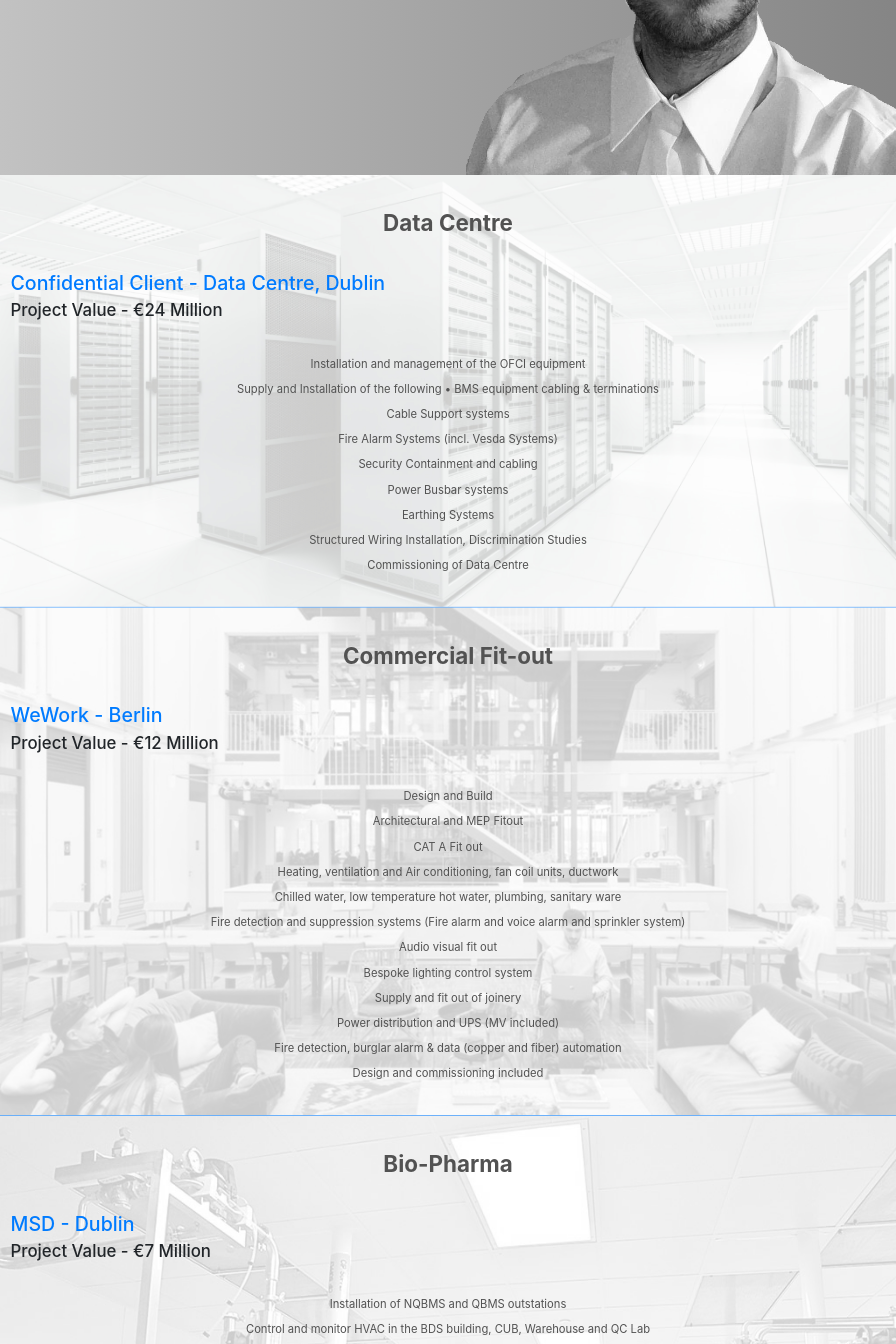
Repository: Code-Institute-Submissions/collyd21-milestone1
Page: projects.html
The author's editor kept a record of every edit. The page is drawn from the files as they stood at one moment, then again after the next edit.
The browser window is 1280 px wide. The pictures show the part of the page from y = 490 to 2410 px (the page is 2698 px tall before and 2748 px after), at 70% of full size.

Above is the page before.

### projects.html
<!DOCTYPE html>
<html lang="en">

<head>
    <meta charset="UTF-8">
    <meta name="viewport" content="width=device-width, initial-scale=1.0">
    <meta http-equiv="X-UA-Compatible" content="ie=edge">
    <script src="https://code.jquery.com/jquery-3.4.1.slim.min.js" integrity="sha384-J6qa4849blE2+poT4WnyKhv5vZF5SrPo0iEjwBvKU7imGFAV0wwj1yYfoRSJoZ+n" crossorigin="anonymous"></script>
    <script src="https://stackpath.bootstrapcdn.com/bootstrap/4.4.1/js/bootstrap.min.js" integrity="sha384-wfSDF2E50Y2D1uUdj0O3uMBJnjuUD4Ih7YwaYd1iqfktj0Uod8GCExl3Og8ifwB6" crossorigin="anonymous"></script>
    <link rel="stylesheet" href="https://stackpath.bootstrapcdn.com/bootstrap/4.4.1/css/bootstrap.min.css" integrity="sha384-Vkoo8x4CGsO3+Hhxv8T/Q5PaXtkKtu6ug5TOeNV6gBiFeWPGFN9MuhOf23Q9Ifjh" crossorigin="anonymous">
    <link rel="stylesheet" href="https://stackpath.bootstrapcdn.com/font-awesome/4.7.0/css/font-awesome.min.css" type="text/css" />
    <link href="https://fonts.googleapis.com/css?family=Roboto&display=swap" rel="stylesheet">
    <link rel="stylesheet" href="assets/css/style.css">
    <link rel="shortcut icon" href="favicon.ico" type="image/x-icon">
    <link rel="icon" href="favicon.ico" type="image/x-icon">
    <title>Colm Doyle - Personal Profile</title>
</head>

<body>

    <!--*******************************Navbar*******************************-->

    <nav class="navbar navbar-expand-md">
        <button class="navbar-toggler custom " data-toggle="collapse" data-target="#collapse_target">
                <span class="navbar-toggler-icon"></span>
            </button>
        <div class="justify-content-center collapse navbar-collapse" id="collapse_target">
            <ul class="navbar-nav">
                <li class="nav-item">
                    <a class="nav-link" href="index.html">About</a>
                </li>
                <li class="nav-item">
                    <a class="nav-link" href="resume.html">Resume</a>
                </li>
                <li class="nav-item">
                    <a class="nav-link" href="projects.html">Projects</a>
                </li>
                <li class="nav-item">
                    <a class="nav-link" href="contact.html">Contact</a>
                </li>
            </ul>
        </div>
    </nav>
    <!--*******************************Header*******************************-->

    <header class="jumbotron-fluid">
        <div class="container-fluid no-gutters d-none d-md-block" id="main-view-large">
            <div class="row">
                <div class="col-lg-8 col-md-8 col-sm-12 col-xs-12" id="about-large">
                    <h1 class="uppercase-jumbo">Projects</h1>
                    <br>
                    <h3>Feel free to browse below, some of the projects I have been involved in.</h3>
                </div>
            </div>
        </div>
    </header>

    <!--*******************************Projects*******************************-->

    <section class="container-fluid data-centre">
        <h2 class="top-margin">Data Centre</h2>
        <div class="row">
            <article class="col-lg-12 col-md-12 col-sm-12 col-xs-12 resume">
                <h3 class="h3-colour">Confidential Client - Data Centre, Dublin</h3>
                <h4>Project Value - €24 Million</h4>
                <div class="col-lg-12 col-md-12 col-sm-12 col-xs-12 projects">
                    <p>Installation and management of the OFCI equipment</p>
                    <p>Supply and Installation of the following • BMS equipment cabling & terminations</p>
                    <p>Cable Support systems</p>
                    <p>Fire Alarm Systems (incl. Vesda Systems)</p>
                    <p>Security Containment and cabling</p>
                    <p>Power Busbar systems</p>
                    <p>Earthing Systems</p>
                    <p>Structured Wiring Installation, Discrimination Studies</p>
                    <p class="bottom-margin">Commissioning of Data Centre</p>
                </div>
            </article>
        </div>
    </section>
    <hr class="line">
    <section class="container-fluid wework">
        <h2 class="top-margin">Commercial Fit-out</h2>
        <div class="row">
            <article class="col-lg-12 col-md-12 col-sm-12 col-xs-12 resume">
                <h3 class="h3-colour">WeWork - Berlin</h3>
                <h4>Project Value - €12 Million</h4>
                <div class="col-lg-12 col-md-12 col-sm-12 col-xs-12 projects">
                    <p>Design and Build</p>
                    <p>Architectural and MEP Fitout</p>
                    <p>CAT A Fit out</p>
                    <p>Heating, ventilation and Air conditioning, fan coil units, ductwork</p>
                    <p>Chilled water, low temperature hot water, plumbing, sanitary ware</p>
                    <p>Fire detection and suppression systems (Fire alarm and voice alarm and sprinkler system)</p>
                    <p>Audio visual fit out</p>
                    <p>Bespoke lighting control system</p>
                    <p>Supply and fit out of joinery</p>
                    <p>Power distribution and UPS (MV included)</p>
                    <p>Fire detection, burglar alarm & data (copper and fiber) automation</p>
                    <p class="bottom-margin">Design and commissioning included</p>
                </div>
            </article>
        </div>
    </section>
    <hr class="line">
    <section class="container-fluid pharma">
        <h2 class="top-margin">Bio-Pharma</h2>
        <div class="row">
            <article class="col-lg-12 col-md-12 col-sm-12 col-xs-12 resume">
                <h3 class="h3-colour">MSD - Dublin</h3>
                <h4>Project Value - €7 Million</h4>
                <div class="col-lg-12 col-md-12 col-sm-12 col-xs-12 projects">
                    <p>Installation of NQBMS and QBMS outstations</p>
                    <p>Control and monitor HVAC in the BDS building, CUB, Warehouse and QC Lab</p>
                    <p>Monitor and supervise PLC controlled non-GMP equipment in the utility areas such as chillers, boilers, plant steam and glycol systems</p>
                    <p>Monitor a site wastewater treatment plant control system, non-GMP and cold rooms</p>
                    <p>Interface with other systems such as the Electrical Automation System, Process Control System, Fire Alarm System and alarm notification system</p>
                    <p class="bottom-margin">Installation of instrumentation including flow, pressure, temperature, humidity transmitters and switches</p>
                </div>
            </article>
        </div>
    </section>

    <!--*******************************Footer*******************************-->

    <footer class="container-fluid">
        <div class="row" id="footer">
            <div class="col-sm-4">
                <h4 class="uppercase footer">Colm Doyle</h4>
                <h5>&bull; QA/QC Technician</h5>
                <h5>&bull; Full Stack Developer</h5>
            </div>
            <div class="col-sm-4">
                <h4 class="uppercase">Download</h4>
                <p class="inline-block">
                    Download my CV here.
                    <a href="assets/pdfs/Colm Doyle CV.pdf target="_blank" class="cv-pdf">
                        <i class="fa fa-download" aria-hidden="true"></i>
                        <span class="sr-only">Download link</span>
                    </a>
                </p>
            </div>
            <div class="col-sm-4">
                <h4 class="uppercase">Social</h4>
                <ul class="list-inline social-links">
                    <li class="list-inline-item">
                        <a target="_blank" href="https://linkedin.com/in/colm-doyle-88b0b6164">
                            <i class="fa fa-linkedin" aria-hidden="true"></i>
                            <span class="sr-only">LinkedIn</span>
                     </a>
                    </li>
                    <li class="list-inline-item">
                        <a target="_blank" href="https://github.com/collyd21">
                            <i class="fa fa-github " aria-hidden="true"></i>
                            <span class="sr-only">Github</span>
                        </a>
                </ul>
            </div>
        </div>
    </footer>
</body>

</html>

### assets/css/style.css
/*-----------------------------------------------Navbar----------------------------------------*/

.navbar {
    font-family: "Roboto", sans-serif;
    background-color: #d1cfce;
    width: 100vw;
}

.nav-link {
    margin-left: 50px;
    color: #fff;
}

.navbar a:hover {
    color: #007bff;
}

.navbar-toggler {
    border-color: #007bff;
}

.navbar-toggler-icon {
    background-image: url("data:[embedded picture, 238 characters]");
}


/*-----------------------------------------------Header/Jumbotron----------------------------------------*/

#main-view-large {
    background-image: url('../images/portrait.png'), linear-gradient(to right, #c2c2c2 0%, #858585 100%);
    background-position: bottom;
    background-size: cover;
    height: 95vh;
    width: 100vw;
    position: relative;
}

#main-view-small {
    background-image: linear-gradient(to right, #c2c2c2 0%, #858585 100%);
    background-position: bottom;
    background-size: cover;
    height: 80vh;
    width: 100vw;
    position: relative;
    padding-left: 0px;
    padding-right: 0px;
}

#about-large,
#about-small {
    font-family: 'Roboto', sans-serif;
    text-align: center;
    position: absolute;
    top: 25%;
    padding-right: 0px;
}

#resume-large {
    font-family: 'Roboto', sans-serif;
    text-align: center;
    position: absolute;
    top: 10%;
}

#resume-small {
    font-family: 'Roboto', sans-serif;
    text-align: center;
    position: absolute;
    top: 10%;
    padding-right: 15px;
    right: 0px;
}

#projects {
    font-family: 'Roboto', sans-serif;
    text-align: center;
    position: absolute;
    top: 15%;
}

#contact-large {
    font-family: 'Roboto', sans-serif;
    text-align: center;
    position: absolute;
    top: 25%;

}

#contact-small {
    font-family: 'Roboto', sans-serif;
    text-align: center;
    position: absolute;
    top: 25%;
    padding-right: 15px;
    right: 0px;

}

.uppercase-jumbo {
    text-transform: uppercase;
    font-weight: bold;
    color: #007bff
}

/*-----------------------------------------------3 Questions----------------------------------------*/

.questions {
    font-family: 'Roboto', sans-serif;
    margin-top: 25px;
    margin-bottom: 25px;
    text-align: center;
}

.question-margin {
    font-family: 'Roboto', sans-serif;
    padding-left: 30px;
    padding-right: 30px;
    text-align: center;
}

.uppercase {
    text-transform: uppercase;
    font-weight: bold;
}

.questions i {
    font-size: 30px;
    color: #007bff;
    text-align: center;
    margin-right: 15px;
}


/*-----------------------------------------------Footer----------------------------------------*/

.inline-block {
    display: inline-block;
}

#footer {
    padding-top: 5px;
    padding-left: 0px;
    padding-right: 0px;
    font-family: 'Roboto', sans-serif;
    background-color: #525252;
    color: #fff;
    text-align: center;
    position: relative;
    width: 100vw;
}

.cv-pdf i {
    padding-left: 5px;
    font-size: 20px;
}

.social-links li a i {
    font-size: 20px;
}

/*--------------------------------------------Work History / Education / Projects-----------------------------------*/

.top-margin {
    padding-top: 50px;
    margin-bottom: 50px;
    color: #525252;
    font-weight: bold;
    text-align: center;
}

.h3-colour {
    color: #007bff;
}

.bg-colour-1 {
    background-color: #e4e4e4;
}


.sts-logo {
    height: 300px;
    width: 300px;
    margin-left: 150px;
    margin-top: 100px;
}

.mech-logo {
    height: 95px;
    width: 400px;
    margin-left: 150px;
    margin-top: 250px;
}

.hs-logo {
    height: 200px;
    width: 450px;
    margin-left: 100px;
    margin-top: 200px;
}

.img-center {
    margin: auto;
    display: block;
}

.work {
    text-align: center;
}

.work p {
    color: #525252;
    margin-left: 30px;
    margin-right: 30px;
    line-height: 20px;
}

.bottom-margin {
    margin-bottom: 50px;
}

.accreditation {
    text-align: center;
        background-color: #eeeeee;
}

.accreditation p {
    color: #525252;
    margin-left: 30px;
    margin-right: 30px;
    line-height: 20px;
}

.projects {
    margin-top: 50px;
    color: #525252;
    text-align: center;
}

.projects p {
    color: #525252;
    margin-left: 30px;
    margin-right: 30px;
    line-height: 20px;
}

.data-centre {
    background-image: url('../images/datacentre20.jpg');
    background-size: cover;
}

.wework {
    background-image: url('../images/wework20.jpg');
    background-size: cover;
}

.pharma {
    background-image: url('../images/pharma20.jpg');
    background-size: cover;
}

.line {
    margin-top: 0em;
    margin-bottom: 0em;
    border-top: 1px solid #007bff;
}


/*--------------------------------------------Contact Form-----------------------------------*/

.contact-heading {
    font-family: "Roboto", sans-serif;
    font-weight: 300;
    margin-top: 25px;
    margin-bottom: 20px;
    color: #525252;
}

.contact-form {
    padding-left: 0;
    padding-right: 0;
}

.center-form {
    padding-top: 10px;
    margin: 0 auto;
    max-width: 70%;
}

button[type="submit"] {
    margin-top: 15px;
    margin-bottom: 20px;
    color: #fafafa;
    background-color: #007bff;
}

button[type="submit"]:hover {
    background-color: #3251c9;
}

After the next edit:
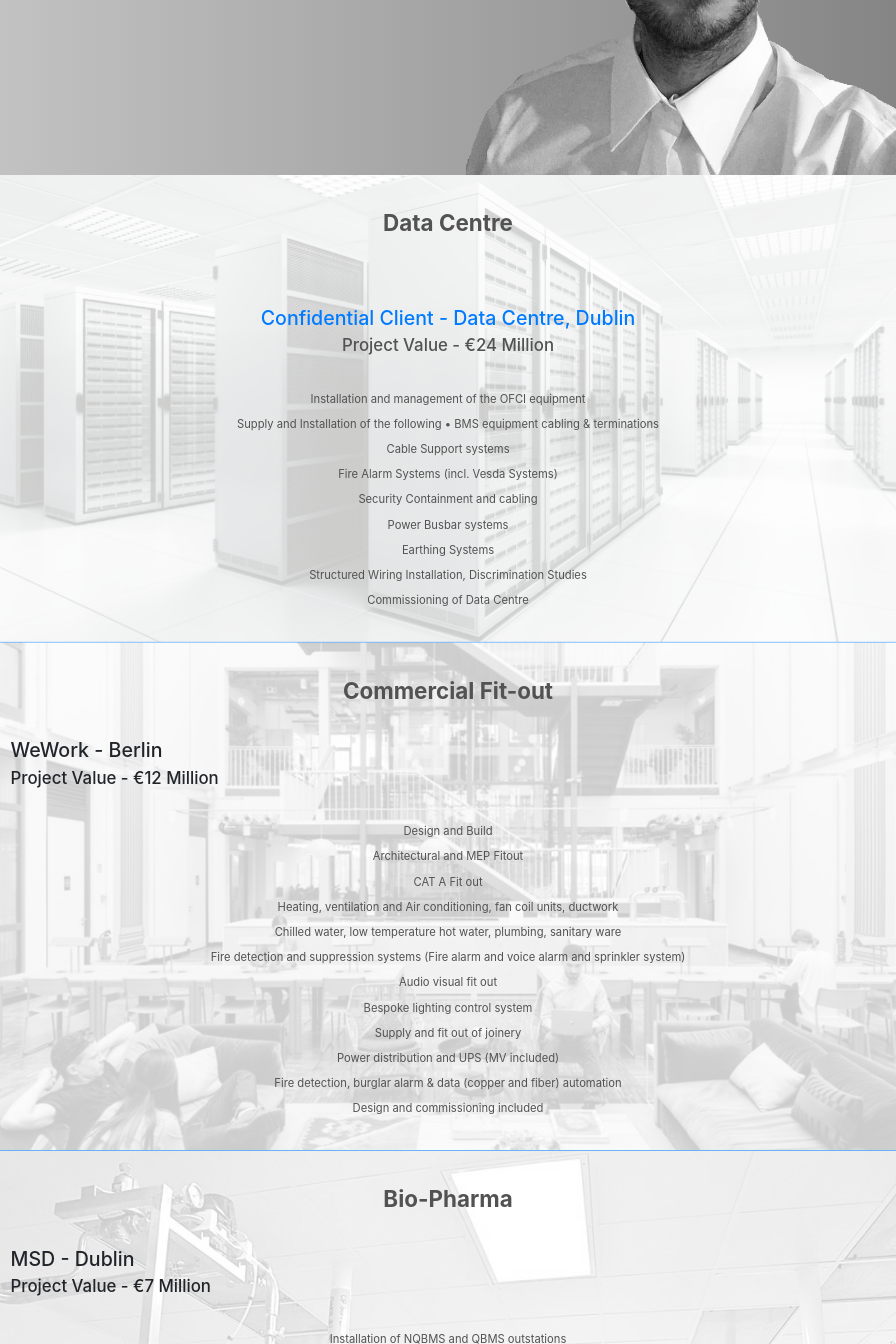
The edit:
--- a/projects.html
+++ b/projects.html
@@ -60,7 +60,7 @@
     <section class="container-fluid data-centre">
         <h2 class="top-margin">Data Centre</h2>
         <div class="row">
-            <article class="col-lg-12 col-md-12 col-sm-12 col-xs-12 resume">
+            <article class="col-lg-12 col-md-12 col-sm-12 col-xs-12 projects">
                 <h3 class="h3-colour">Confidential Client - Data Centre, Dublin</h3>
                 <h4>Project Value - €24 Million</h4>
                 <div class="col-lg-12 col-md-12 col-sm-12 col-xs-12 projects">
@@ -82,7 +82,7 @@
         <h2 class="top-margin">Commercial Fit-out</h2>
         <div class="row">
             <article class="col-lg-12 col-md-12 col-sm-12 col-xs-12 resume">
-                <h3 class="h3-colour">WeWork - Berlin</h3>
+                <h3>WeWork - Berlin</h3>
                 <h4>Project Value - €12 Million</h4>
                 <div class="col-lg-12 col-md-12 col-sm-12 col-xs-12 projects">
                     <p>Design and Build</p>
@@ -106,7 +106,7 @@
         <h2 class="top-margin">Bio-Pharma</h2>
         <div class="row">
             <article class="col-lg-12 col-md-12 col-sm-12 col-xs-12 resume">
-                <h3 class="h3-colour">MSD - Dublin</h3>
+                <h3>MSD - Dublin</h3>
                 <h4>Project Value - €7 Million</h4>
                 <div class="col-lg-12 col-md-12 col-sm-12 col-xs-12 projects">
                     <p>Installation of NQBMS and QBMS outstations</p>
